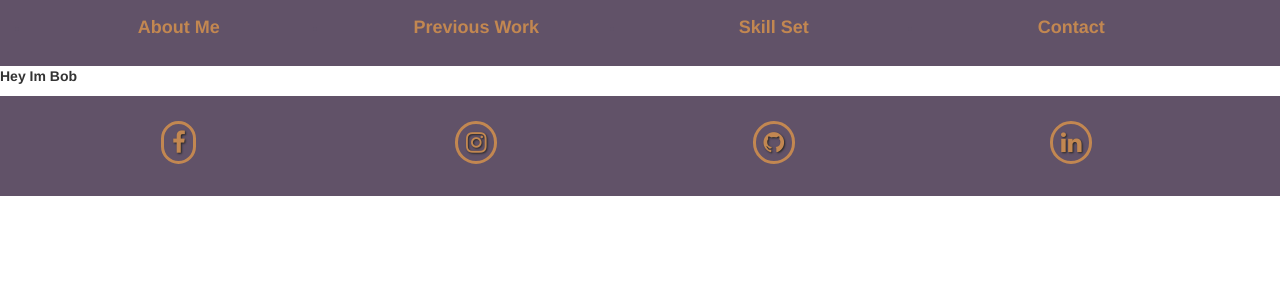
Repository: Rang3rDang3r/Portfolio
Page: main.html
The author's editor kept a record of every edit. The page is drawn from the files as they stood at one moment, then again after the next edit.
The browser window is 1280 px wide. The pictures show the whole page.

Above is the page before.

### main.html
<!DOCTYPE html>
<html lang="en">
<head>

    <meta charset="UTF-8">
    <meta name="viewport" content="width=device-width, initial-scale=1.0">
    <meta http-equiv="X-UA-Compatible" content="ie=edge">

    <!-- Stylesheets -->
    <link rel="stylesheet" href="main-style.css" type="text/css" />
    <link rel="stylesheet" href="https://maxcdn.bootstrapcdn.com/bootstrap/3.3.7/css/bootstrap.min.css">
    <link rel="stylesheet" href="https://maxcdn.bootstrapcdn.com/font-awesome/4.7.0/css/font-awesome.min.css" type="text/css" />
    <link href="https://fonts.googleapis.com/css?family=Arimo&display=swap" rel="stylesheet">
    <!-- /Stylesheets -->

    <title>Stuart Evans - Web Developer</title>

</head>
<body>

    <!-- Nav Bar -->
    <nav>
        <div class="container-fluid">
            <div class="row col-xs-12">
                <ul class="nav-bar col-xs-12">
                    <li class="nav-link col-xs-6 col-sm-3">
                        <a href="#">About Me</a>
                    </li>
                    <li class="nav-link col-xs-6 col-sm-3">
                        <a href="#">Previous Work</a>
                    </li>
                    <li class="nav-link col-xs-6 col-sm-3">
                        <a href="#">Skill Set</a>
                    </li>
                    <li class="nav-link col-xs-6 col-sm-3">
                        <a href="#">Contact</a>
                    </li>
                </ul>
            </div>
        </div>
    </nav>
    <!--/Nav Bar -->

    <!-- About Me -->
    <section>
        <div class="eton-blue-b"></div>
            <div class="eton-blue">
                <p><strong>Hey Im Bob</strong></p>
            </div>
        <div class="eton-blue-b"></div>

    </section>
    <!-- About Me -->

    <!-- Previous Work -->
    <section>

    </section>
    <!-- Previous Work -->

    <!-- Skill Set -->
    <section>

    </section>
    <!-- Skill Set -->

    <!-- Contact Form -->
    <section>

    </section>
    <!-- Contact Form -->

    <!-- Footer -->
    <footer>
        <div class="container-fluid">
            <div class="row col-xs-12">
                <ul class="footer-format col-xs-12">
                    <li class="footer-links col-xs-6 col-md-3">
                        <a href="https://www.facebook.com/ranger.danger.91" alt="Facebook" target="_blank"><i class="fa fa-facebook"></i></a>
                    </li>
                    <li class="footer-links col-xs-6 col-md-3">
                        <a href="https://www.instagram.com/rangerroo/" alt="Instagram" target="_blank"><i class="fa fa-instagram"></i></a>
                    </li>
                    <li class="footer-links col-xs-6 col-md-3">
                        <a href="https://github.com/Rang3rDang3r" alt="GitHub" target="_blank"><i class="fa fa-github"></i></a>
                    </li>
                    <li class="footer-links col-xs-6 col-md-3">
                        <a href="https://www.linkedin.com/in/stuart-evans-b672a6139/" alt="LinkedIn" target="_blank"><i class="fa fa-linkedin"></i></a>
                    </li>
                </ul>
            </div>
        </div>
    </footer>
    <!-- /Footer -->

</body>
</html>

### main-style.css
/*--- Font Family ---*/

@import url("https://fonts.googleapis.com/css?family=Arimo:100,200,300,400,500,600,700");

/*--- Background Images ---*/


/*--- Header Format ---*/

h1
h2
h3
h4
h5
h6 {
    font-family: "Arimo", sans-serif;
}

a {
    text-decoration: none !important;
}

/*--- Nav Bar ---*/

nav {
    background-color: #46344e;
    opacity: 0.85;
}

.nav-link {
    color: #46344e;
    text-align: center;
    margin-top: 15px;
    margin-bottom: 15px;
}

.nav-link a {
    color: rgb(184, 115, 51);
    font-family: "Arimo", sans-serif;
    font-weight: bold;
    font-size: large;
}

.nav-link a:hover {
    color: #ffffff;
    transition-duration: 1s;
    transition-timing-function: ease-in-out;
}

/*--- Footer ---*/

footer{
    clear: both;
    min-height: 100px;
    background-color: #46344e;
    opacity: 0.85;
    float: none;
}

.footer-links {
    text-align: center;
}

.footer-format {
    margin-bottom: 20px;
}

.footer-format li {
    color: #46344e;
    padding-top: 15px;
    padding-bottom: 15px;
    margin-top: 15px;
}

.footer-format li a {
    font-family: "Arimo", sans-serif;
    color: rgb(184, 115, 51);
    font-size: x-large;
    text-shadow: 1px 1px 2px #000000;
    padding: 5px 7.5px 5px 7.5px;
    border: 3px solid rgb(184, 115, 51);
    border-radius: 25px;
}

.footer-format li a:hover {
    color: #ffffff;
    border: 5px solid #ffffff;
    transition-duration: 1s;
    transition-timing-function: ease-in-out;
}

/*--- Media Queries ---*/

@media(min-width: 768px) {
    .footer-links {
        display: inline;
    }
}

.vivid-tangerine {
    background-color: #f9ab84;
    padding-top: 150px;
    padding-bottom: 150px;
    opacity: 0.85;
    text-align: center;
    font-size: 75px;
}

.vivid-tangerine-b {
    background-color: #f9ab84;
    opacity: 1;
    padding-top: 50px;
    padding-bottom: 50px;

}
.mantis {
    background-color: #6abf67;
    padding-top: 150px;
    padding-bottom: 150px;
    opacity: 0.85;
    text-align: center;
    font-size: 75px;
}

.mantis-b {
    background-color: #6abf67;
    opacity: 1;
    padding-top: 50px;
    padding-bottom: 50px;

}

After the next edit:
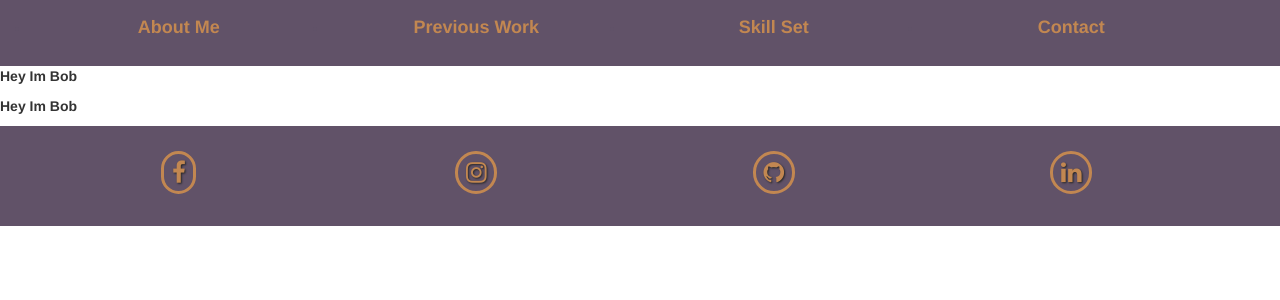
The edit:
--- a/main.html
+++ b/main.html
@@ -49,6 +49,11 @@
             </div>
         <div class="eton-blue-b"></div>
 
+        <div class="eton-blue-b"></div>
+            <div class="eton-blue">
+                <p><strong>Hey Im Bob</strong></p>
+            </div>
+        <div class="eton-blue-b"></div>
     </section>
     <!-- About Me -->
 
